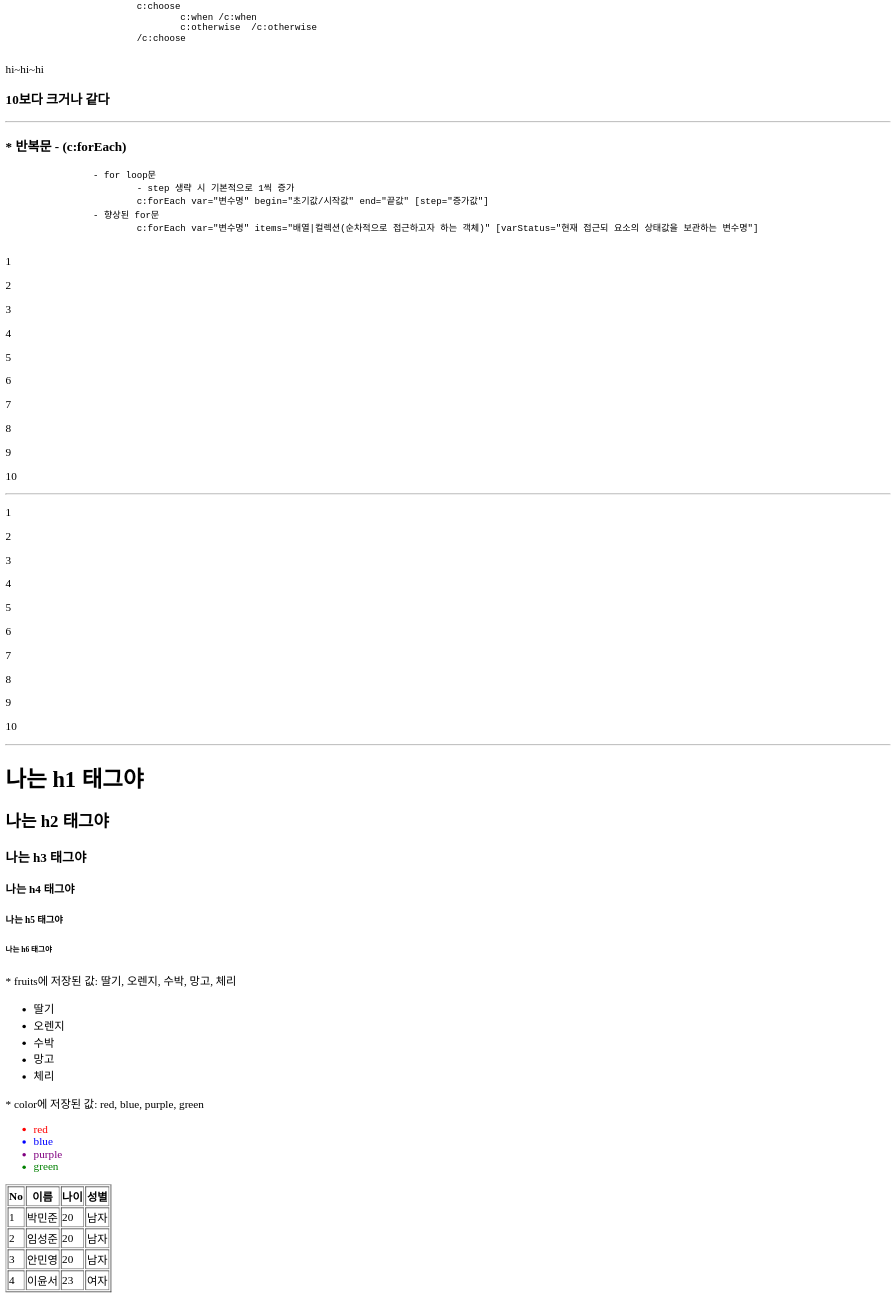
Repository: yoonseo0832/workspace
Page: http://localhost/2_jsp/views/4_CustomAction/2_core.jsp
These files come from the project's save history. The page is drawn as it stood at one moment and after the next save; the edit follows.
The browser window is 1280 px wide. The pictures show the part of the page from y = 1160 to 3080 px (the page is 3014 px tall before and 3080 px after), at 70% of full size.
The page is served by Tomcat 9. Other server files are loaded and not shown.

Above is the page before, as saved 2025-03-21 06:08:14.

### 05_server/2_jsp/src/main/webapp/views/4_CustomAction/2_core.jsp
<%@ page language="java" contentType="text/html; charset=UTF-8"
    pageEncoding="UTF-8" import="java.util.ArrayList, model.vo.Student"%>
<%@ taglib prefix="c" uri="http://java.sun.com/jsp/jstl/core" %>
<!DOCTYPE html>
<html>
<head>
<meta charset="UTF-8">
<title>JSTL - core</title>
</head>
<body>
	<h1>JSTL Core Library</h1>

	<h3>* 변수</h3>
	<pre>
		- 변수 산언과 동시에 초기화 (c:set var="변수명" value="값" [scope="저장객체"])

			+ 해당 변수의 저장된 값을 어떤 scope에 setAttribute를 통해서 담아둘 지 결정
			+ 변수 선언하고 초기화 기능까지를 제공
			=> c:set 으로 선언한 변수는 반드시 EL로 접근해야함
	</pre>
	<!-- scope 지정생략하면 가장 작은 범위인 page scope에 저장ㄴ -->
	<!-- num1 이라는 변수에 10 이라는 값 저장 -->
	<c:set var="num1" value="10"></c:set>

	<!-- request 영역에 num2 변수에 20 값 저장 -->
	<c:set var="num2" value="20" scope="request"></c:set>

	<p> num1: ${num1 }</p>
	<p> num2: ${num2 }</p>

	<%--num1 과 num2의 합을 addNum 변수에 저장, session 영역에 저장 --%>
	<c:set var="addNum" value="${num1+num2 }" scope="session"></c:set>
	<p> addNum: ${addNum} </p>

	<c:set var="temp">
		9999
	</c:set>
	<p> temp: ${temp }</p>
	<%--value 속성 대신, 시작 태그와 종료태그 사이에 초기값을 지정할 수 있음 --%>

	<pre>
		- 변수 삭제 : (c:remove var="삭제할 변수명" [scope="삭제하고자하는 영역 지정 가능"])
			+ 해당 scope 영역에 저장되어 있는 변수를 찾아 제거하는 태그
				=> .removeAttribute()를 사용하여 제거하는 것과 동일하게 처리됨
				+ scope 속성 생략 시 해당 이름의 변수의 값 모두 제거됨
	</pre>
	<%--addNum 변수 삭제 --%>
	<p> addNum: ${addNum} </p>
	<c:remove var="addNum" scope="session"></c:remove>
	<p> 제거 후 addNum: ${addNum} </p>

	<c:set var="temp" value="1111"></c:set>
	<c:set var="temp" value="2222" scope="request"></c:set>

	<p> page scope에 저장된 temp : ${temp}</p>
	<p> request scope에 저장된 temp : ${requestScope.temp}</p>

	<c:remove var="temp" />

	<p> temp 제거후 page scope에 저장된 temp : ${pageScope.temp}</p>
	<p> temp 제거후 request scope에 저장된 temp : ${requestScope.temp}</p>

	<pre>
		- 변수 (데이터) 출력 : (c:out value="출력하고자 하는 값" [default="기본값"] [escapeXml="true|false"])
	</pre>
	<c:out value="테스트" />

	<%-- addNum 변수의 값을 출력 --%>
	<c:out value="${ addNum } " />
	<c:out value="${ addNum }" default="데이터 없음" />
	<%-- outData 변수에 '<b>강조태크</b>' --%>
	<c:set var="outData" value="<b>강조태크</b>" />
	<c:out value="${outData }" />
	<br>
	<c:out value="${outData }" escapeXml="true" />
	<%-- escapeXml의 기본값은 true --%>
	<br>
	<c:out value="${outData }" escapeXml="false" />
	<%-- escapeXml의 false로 하니 태그가 적용됨 --%>

	<hr>

	<h3>* 조건문 - if (c:if test="조건식")</h3>
	<pre>
		- java의 if문과 비슷한 역할을 하는 태그
		- 조건식은 test 속성에 EL 구문을 사용하여 작성
	</pre>
	<%--num1 > num2 큰가? --%>
	<%-- * JSTL로 선언된 변수는 접근 불가 (EL로만 접근 가능)
	<% if(num1 > num2){ %>
	<%} %>
	--%>
	<c:if test="${num1>num2 }">
		num1이 num2보다 큽니다.
	</c:if>
	<c:if test="${num1 lt num2 }">
		num1이 num2보다 작습니다.
	</c:if>
	<br>
	<c:set var="hi" value="안녕" />
	<c:if test="${hi eq '안녕' }">
		hi~hi~hi~
	</c:if>
	<c:if test="${hi ne '안녕' }">
		bye~bye~
	</c:if>
	<br>

	<h3>* 조건문 - choose(c:choose, c:when, c:otherwise)</h3>
	<pre>
		- java에서 if ~else, if~ else if문과 비슷하게 동작되는 태그
		- 구조
			+ c:choose 하위 요소로 c:when, c:otherwise

			c:choose
				c:when /c:when
				c:otherwise  /c:otherwise
			/c:choose
	</pre>
	<%--hi변수의 값 '안녕' --%>
	<c:choose>
		<c:when test="${hi eq '안녕' }" >
			hi~hi~hi
		</c:when>
		<c:otherwise>
			bye~bye~
		</c:otherwise>
	</c:choose>
	<br>
	<%--num1 20보다 크다 --%>
	<c:choose>
		<c:when test="${num1 >20 }" >
			<h2>num1이 20보다 크다</h2>
		</c:when>
		<c:when test="${num1 >= 10 }">
			<h3>10보다 크거나 같다</h3>
		</c:when>
		<c:otherwise>
			<h3>10보다 크거나 같다</h3>
		</c:otherwise>
	</c:choose>

	<hr>

	<h3>* 반복문 - (c:forEach)</h3>
	<pre>
		- for loop문
			- step 생략 시 기본적으로 1씩 증가
			c:forEach var="변수명" begin="초기값/시작값" end="끝값" [step="증가값"]
		- 향상된 for문
			c:forEach var="변수명" items="배열|컬렉션(순차적으로 접근하고자 하는 객체)" [varStatus="현재 접근되 요소의 상태값을 보관하는 변수명"]
	</pre>
	<%-- 스크립틀릿을 사용하여 1~10까지 출력(한줄로) --%>
	<% for(int i=1; i<=10; i++){ %>
		<p><%=i %></p>
	<%} %>

	<hr>

	<c:forEach var="i" begin="1" end="10" >
		<p> ${i}</p>
	</c:forEach>

	<hr>

	<%--h1 ~ h6 태그를 출력, "나는 hn 태그야" --%>
	<c:forEach var="h" begin="1" end="6">
		<h${h }> 나는 h${h} 태그야</h${h }>
	</c:forEach>

	<c:set var="fruits">
	<%--문자열은 ,를 기준으로 문자열을 나눔 --%>
		딸기, 오렌지, 수박, 망고, 체리
	</c:set>
	* fruits에 저장된 값: ${fruits }
	<ul>
		<c:forEach var="f" items="${fruits}">
			<li>${f}</li>
		</c:forEach>
	</ul>
	<%--
		colors 변수 4가지 색상을 ,로 구분하여 저장
		목록태그로 해당 글자를 출력(저장된 컬러로 글자색 변경)
	 --%>
	<c:set var="colors">
		red, blue, purple, green
	</c:set>
	* color에 저장된 값: ${colors }
	<ul>
		<c:forEach var="c" items="${colors }">
			<li style="color: ${c};">${c}</li>
		</c:forEach>
	</ul>
	<%
		ArrayList<Student> list = new ArrayList<>();
		list.add(new Student("박민준", 20, "남자"));
		list.add(new Student("임성준", 20, "남자"));
		list.add(new Student("안민영", 20, "남자"));
		list.add(new Student("이윤서", 23, "여자"));
	%>
	<%-- request.setAttribute("list", list) --%>
	<c:set var="list" value="<%=list %>" scope="request" />
	<table border="1">
		<thead>
			<tr>
				<th>No</th>
				<th>이름</th>
				<th>나이</th>
				<th>성별</th>
			</tr>
		</thead>
		<tbody>
			<c:choose>
				<c:when test="${ empty list }">
					<tr>
						<td colspan="4">조회된 결과가 없습니다</td>
					</tr>
				</c:when>
				<c:otherwise>
					<c:forEach var="l" items="${list}" varStatus="vs">
						<tr>
							<!--  <td>${vs.index +1}</td>-->
							<%-- index: 0부터 시작,  count: 1부터 시작  --%>
							<td>${vs.count }</td>
							<td>${l.name }</td>
							<td>${l.age }</td>
							<td>${l.gender }</td>
						</tr>
					</c:forEach>
				</c:otherwise>
			</c:choose>
		</tbody>
	</table>
</body>
</html>

### 05_server/2_jsp/src/main/java/model/vo/Student.java
package model.vo;

public class Student {
	private String name;
	private int age;
	private String gender;

	public Student() {
		super();
	}

	public Student(String name, int age, String gender) {
		this.name = name;
		this.age = age;
		this.gender = gender;
	}

	public String getName() {
		return name;
	}

	public void setName(String name) {
		this.name = name;
	}

	public int getAge() {
		return age;
	}

	public void setAge(int age) {
		this.age = age;
	}

	public String getGender() {
		return gender;
	}

	public void setGender(String gender) {
		this.gender = gender;
	}

	@Override
	public String toString() {
		return "Student [name=" + name + ", age=" + age + ", gender=" + gender + "]";
	}

}

After the next save:
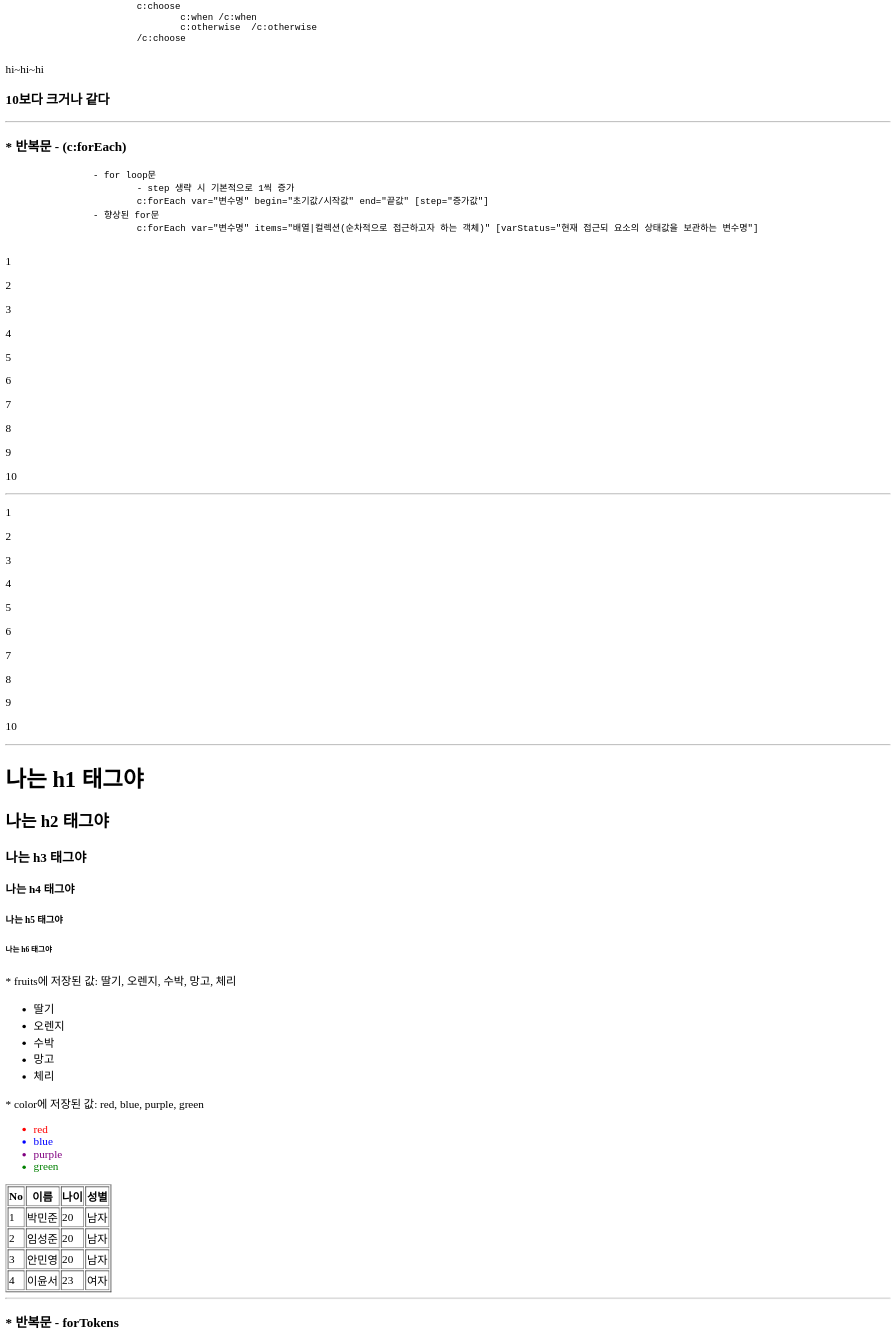
Saved 104 s later.
--- a/05_server/2_jsp/src/main/webapp/views/4_CustomAction/2_core.jsp
+++ b/05_server/2_jsp/src/main/webapp/views/4_CustomAction/2_core.jsp
@@ -231,5 +231,9 @@
 			</c:choose>
 		</tbody>
 	</table>
+
+	<hr>
+
+	<h3>* 반복문 - forTokens</h3>
 </body>
 </html>
